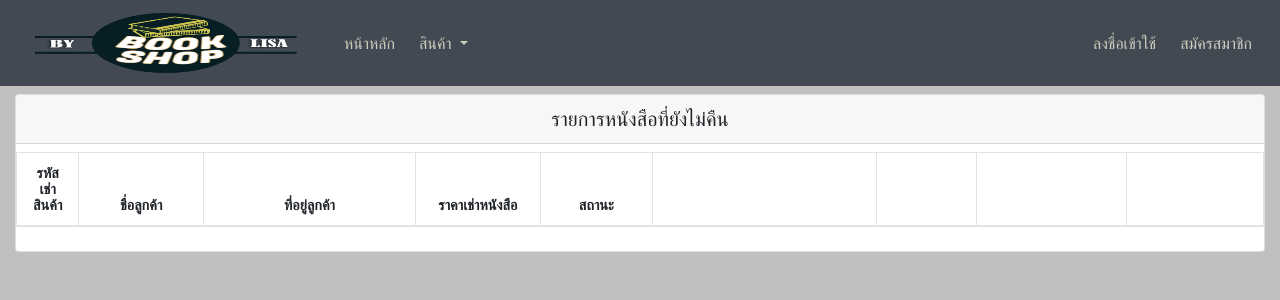
Repository: peawza/shopbook
Page: http://localhost/returnproduct.php?Order_id=24
An editor plug-in stored every save of this project. The page is shown before and after the next save, followed by the edit.
The browser window is 1280 px wide. The pictures show the whole page.
The page is run by PHP 8.4 with error messages shown; the project is at /var/www/html/. The database holds what the project's SQL file puts in it.

Above is the page before, as saved 2020-10-01 10:01:13.

After the next save:
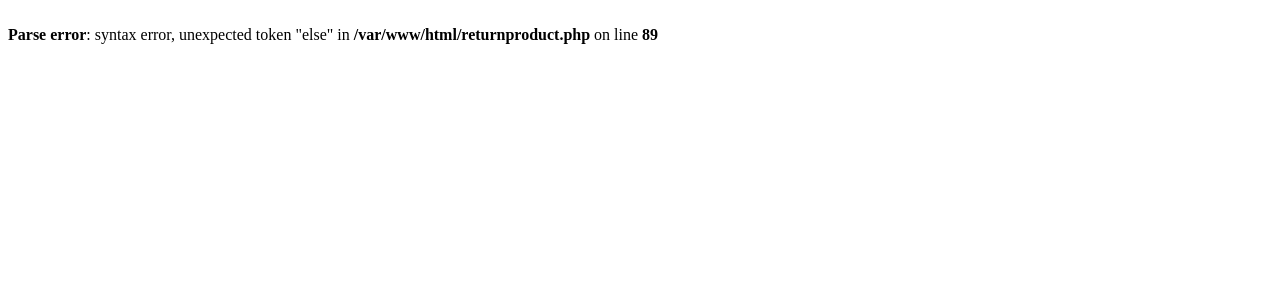
Saved 2 min 25 s later.
--- a/returnproduct.php
+++ b/returnproduct.php
@@ -54,6 +54,11 @@ if (isset($_GET['Order_id'])) {
                             $selectproduct = "SELECT * FROM `orders`,`user`,`orderrent` WHERE `user`.`User_ID`=`orders`.`User_ID`AND`orders`.`orders_id`= `orderrent`.`orderrent_id`AND `orderrent`.`orderrent_id`= '" . $orderid . "'";
                             $resulproduct = mysqli_query($conn, $selectproduct);
                             while ($rowproduct = mysqli_fetch_array($resulproduct)) {
+                                ?>
+
+
+
+                        <?php>
                                 //echo '<pre>';
                                 //print_r($rowproduct);
 
